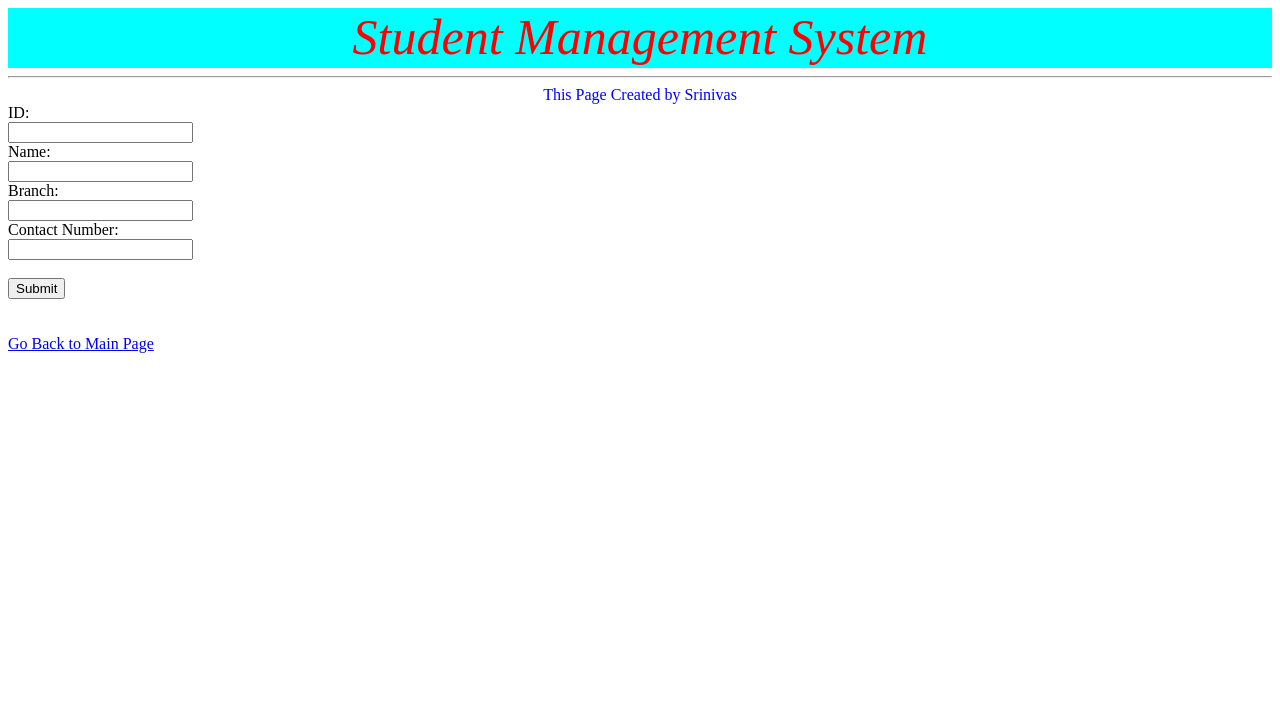
Repository: Aviligonda/Servlet_Programs
Page: http://localhost/StudentManagementSystem/register.jsp
An editor plug-in stored every save of this project. The page is shown before and after the next save, followed by the edit.
The browser window is 1280 px wide. The pictures show the whole page.
The page is served by Tomcat 9.

Above is the page before, as saved 2024-11-25 13:25:16.

### StudentManagementSystem/src/main/webapp/register.jsp
<%@ page language="java" contentType="text/html; charset=UTF-8"
	pageEncoding="UTF-8"%>
<%@ include file="header.jsp"%>
<%@ include file="footer.jsp"%>

<!DOCTYPE html>
<html>
<head>
<meta charset="UTF-8">
<title>Registration form</title>
</head>
<body>

	<form action="addStudent.jsp">
		ID: <br>
		<input type="text" name="id"> <br>
		Name: <br>
		<input type="text" name="name"> <br>
		Branch: <br>
		<input	type="text" name="branch"> <br>
	    Contact Number: <br>
		<input type="text" name="contact"> <br><br>
		<input	type="submit" value="Submit">
	</form>
	<br><br>
	<a href = "index.jsp">Go Back to Main Page</a>

</body>
</html>

### StudentManagementSystem/src/main/webapp/header.jsp
<%@ page language="java" contentType="text/html; charset=UTF-8"
    pageEncoding="UTF-8"%>
<!DOCTYPE html>
<html>
<head>
<meta charset="UTF-8">
<title>Insert title here</title>
</head>
<body>
<div style="height :60px;background-color:aqua">

<header style="color:red;text-align:center; font-style: italic; font-size: 50px;"> Student Management System</header>
</div>
<hr>


</body>
</html>

### StudentManagementSystem/src/main/webapp/footer.jsp
<%@ page language="java" contentType="text/html; charset=UTF-8"
    pageEncoding="UTF-8"%>
<!DOCTYPE html>
<html>
<head>
<meta charset="UTF-8">
<title>Insert title here</title>
</head>
<body>
<div style="color:blue;text-align:center;">
<!-- <footer style="color:blue; text-align:center;display : block; position: absolute;bottom: 0;right:0;font-size=50px;">This Page Created by Srinivas</footer> -->
This Page Created by Srinivas
</div>
</body>
</html>

After the next save:
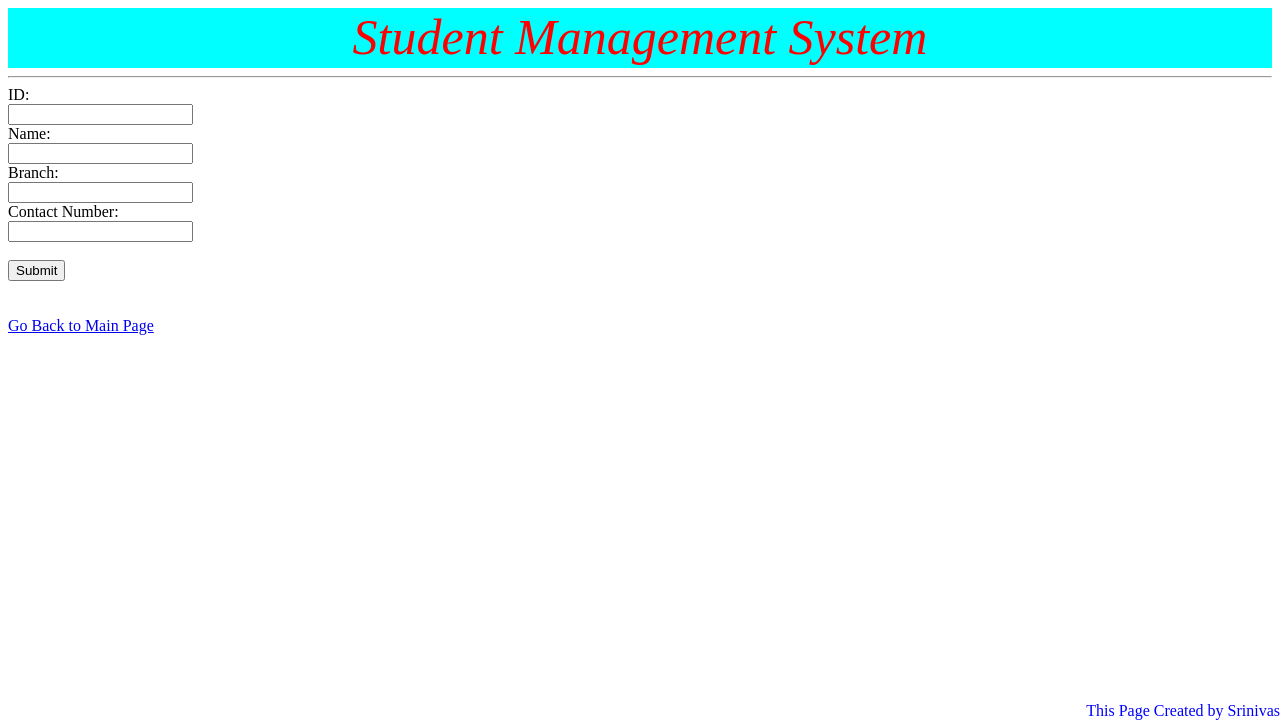
Saved 14 s later.
--- a/StudentManagementSystem/src/main/webapp/footer.jsp
+++ b/StudentManagementSystem/src/main/webapp/footer.jsp
@@ -7,7 +7,7 @@
 <title>Insert title here</title>
 </head>
 <body>
-<div style="color:blue;text-align:center;">
+<div style="color:blue;text-align:center;display : block; position: absolute;bottom: 0;right:0;font-size=50px;">
 <!-- <footer style="color:blue; text-align:center;display : block; position: absolute;bottom: 0;right:0;font-size=50px;">This Page Created by Srinivas</footer> -->
 This Page Created by Srinivas
 </div>
